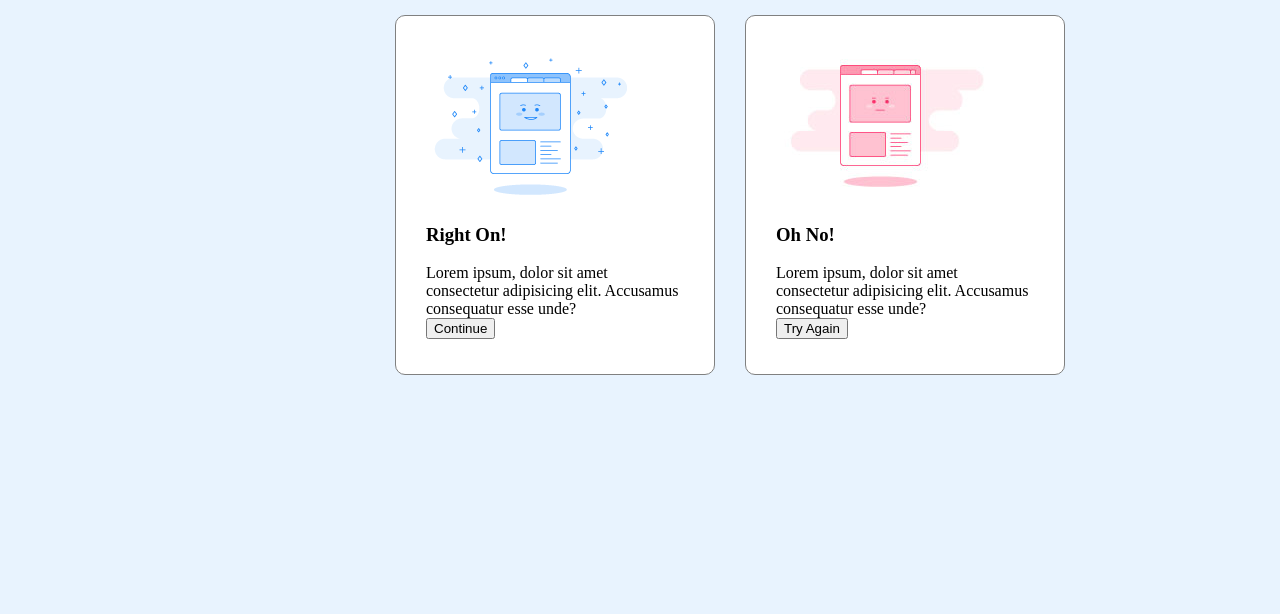
Repository: giahuy405/flash_message_BEM
Page: index.html
An editor plug-in stored every save of this project. The page is shown before and after the next save, followed by the edit.
The browser window is 1280 px wide. The pictures show the whole page.

Above is the page before, as saved 2022-09-06 02:31:23.

After the next save:
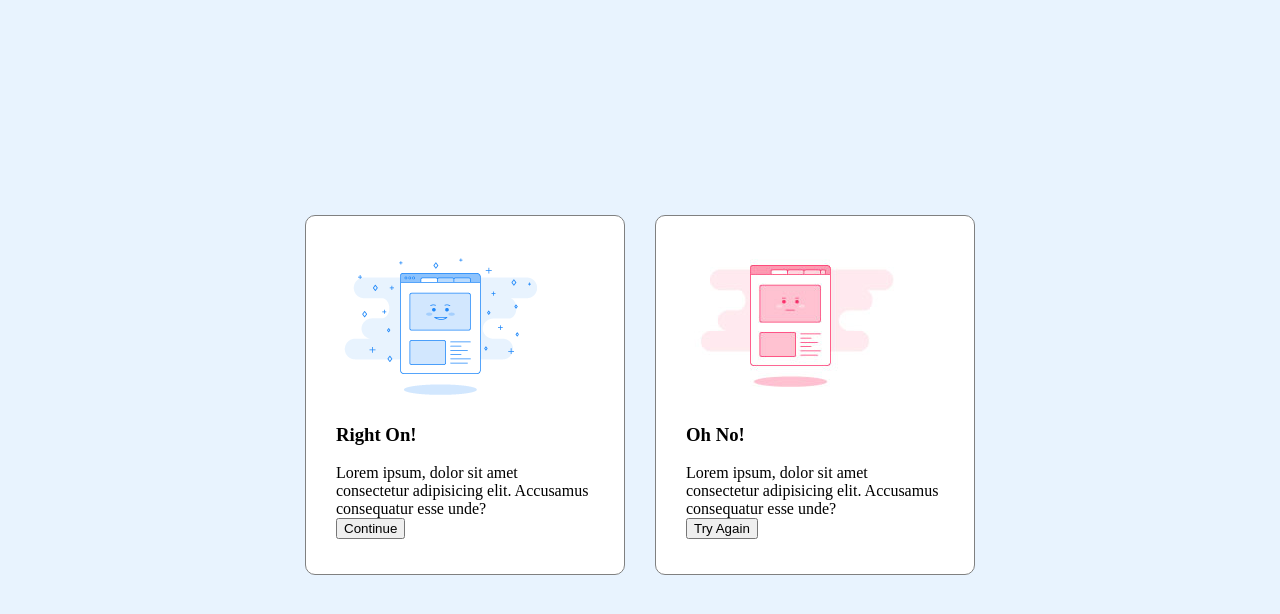
Saved 4 s later.
--- a/css/index.css
+++ b/css/index.css
@@ -13,7 +13,7 @@ body{
     width: 700px;
     height: auto;
     margin:auto;
-    margin-right: 200px;
+    margin-top: 200px;
 }
  .flash-message__padding{
     float: left;
